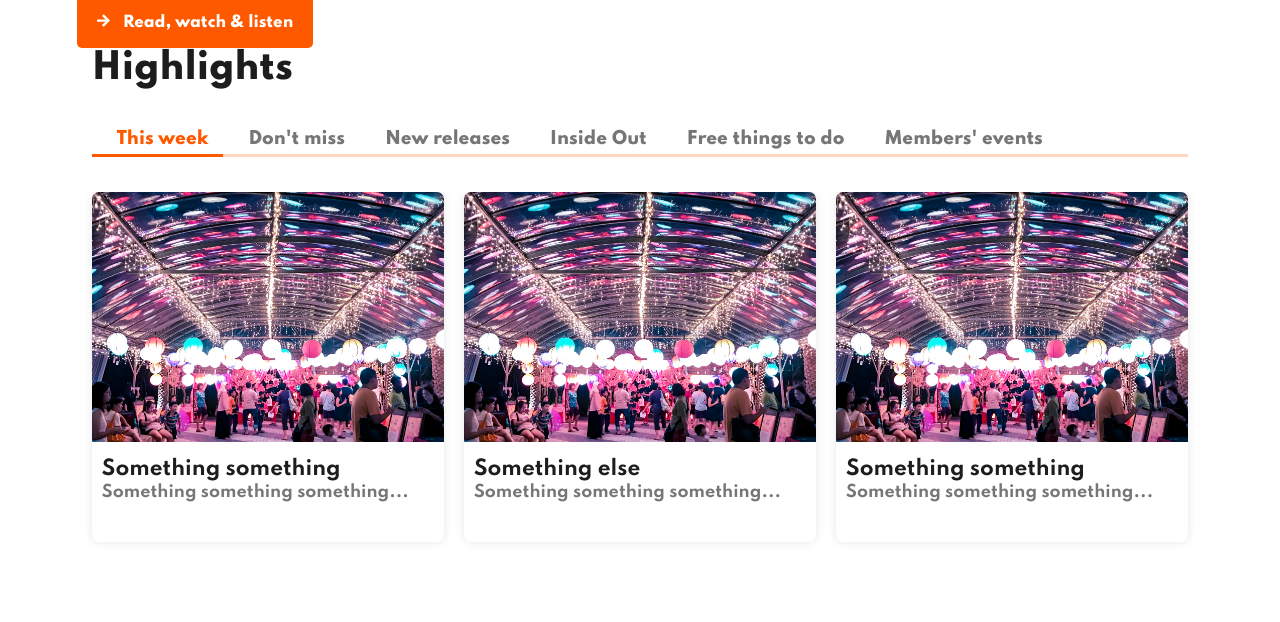
Repository: vvogt/fameworks_vv
Page: /
An editor plug-in stored every save of this project. The page is shown before and after the next save, followed by the edit.
The browser window is 1280 px wide. The pictures show the part of the page from y = 607 to 1229 px (the page is 3216 px tall).
Pictures or frames that could not be fetched are drawn as grey boxes. Backgrounds fixed to the window are drawn as part of the page. The project was rebuilt for these pictures with package versions that can differ from the ones it lists, and the page was loaded fresh each time. Also part of the build but not shown: src/components/NotFound.js. Imported but missing from the stored project, and not drawn on this page: src/assets/videos/seald_fullhd.mp4.

Above is the page before, as saved 2020-05-07 15:46:28.

### public/index.html
<!DOCTYPE html>
<html lang="en">
  <head>
    <meta charset="utf-8" />
    <link rel="icon" href="%PUBLIC_URL%/favicon.ico" />
    <link href="https://fonts.googleapis.com/css2?family=Spartan:wght@200;300;400;500;531;600;700;800;900&display=swap"
      rel="stylesheet">
    <meta name="viewport" content="width=device-width, initial-scale=1" />
    <meta name="theme-color" content="#000000" />
    <meta
      name="description"
      content="Web site created using create-react-app"
    />
    <!--
      manifest.json provides metadata used when your web app is installed on a
      user's mobile device or desktop. See https://developers.google.com/web/fundamentals/web-app-manifest/
    -->
    <link rel="manifest" href="%PUBLIC_URL%/manifest.json" />
    <!--
      Notice the use of %PUBLIC_URL% in the tags above.
      It will be replaced with the URL of the `public` folder during the build.
      Only files inside the `public` folder can be referenced from the HTML.

      Unlike "/favicon.ico" or "favicon.ico", "%PUBLIC_URL%/favicon.ico" will
      work correctly both with client-side routing and a non-root public URL.
      Learn how to configure a non-root public URL by running `npm run build`.
    -->
  </head>
  <body>
    <noscript>You need to enable JavaScript to run this app.</noscript>
    <div id="root"></div>
    <!--
      This HTML file is a template.
      If you open it directly in the browser, you will see an empty page.

      You can add webfonts, meta tags, or analytics to this file.
      The build step will place the bundled scripts into the <body> tag.

      To begin the development, run `npm start` or `yarn start`.
      To create a production bundle, use `npm run build` or `yarn build`.
    -->
  </body>
</html>

### src/scss/global.scss
// # SETTINGS
@import 'settings.variables';

// # TOOLS
@import 'tools.mixins';
@import 'tools.units';

// # BASE
@import 'base.normalize';
@import 'base.reset';
@import 'base.body';

//COMPONENTS

@import 'components.header';
@import 'components.hero';
@import 'components.section';
@import 'components.parallaxSection';
@import 'components.directionsSection';
@import 'components.signupSection';
@import 'components.categories';
@import 'components.footerSection';

### src/scss/_settings.variables.scss
/* ------------------------------------------
   settings.VARIABLES
------------------------------------------ */

// Fonts
$font: 'Spartan', sans-serif;

$font_btn: rem-calc(15);

// Colors
$black: #1d1d1d;
$gray-dark: #777676;
$gray-light: #f4f4f4;
$white: #ffffff;
$orange: #ff5900;
$orange-drkr: #e65000;

// Layout
$gutter: 20px;

// Animations
$transition-in: 0.1s;
$transition-out: 0.3s;

// Box Shadow
$shadow_light: 1px 2px 2px rgba($black, 0.1);
$shadow_dark: 1px 2px 2px rgba($black, 0.2);

// Padding
$padding_lr_1: 240px;
$padding_lr_2: 140px;
$padding_lr_3: 80px;
$padding_lr_4: 20px;

$padding-top: 50px;
$padding-bottom: 60px;

### src/scss/_tools.mixins.scss
/* ------------------------------------------
   tools.MIXINS
------------------------------------------ */

@mixin clearfix() {
  &:before, &:after {
    content: " ";
    display: table;
  }
  &:after {
    clear: both;
  }
}

@mixin un-clearfix() {
  &:before, &:after {
    content: none;
    display: auto;
  }
  &:after {
    clear: none;
  }
}

// Image Replacement

@mixin ir() {
  border: 0;
  font: 0/0 a;
  text-shadow: none;
  color: transparent;
  // background: url(test.png);
  // width: 300px;
  // height: 75px;
}

// Hide only visually, but have it available for screen readers:
// http://snook.ca/archives/html_and_css/hiding-content-for-accessibility

@mixin visuallyhidden() {
    border: 0;
    clip: rect(0 0 0 0);
    height: 1px;
    margin: -1px;
    overflow: hidden;
    padding: 0;
    position: absolute;
    width: 1px;
}


//  ## Media query and orietation mixins
//  ==================================================
//  http://alwaystwisted.com/post.php?s=2013-04-01-my-media-query-mixin


@mixin mq($point, $query1: min, $query2: width) {
  @media screen and (#{$query1}-#{$query2}: strip-unit($point) / 16 +em) {
    @content;
  }
}

@mixin orient($orientation: landscape) {
  @media (orientation : $orientation) {
    @content;
  }
}

@mixin setLRPadding($padding-lr1: 5%, $padding-lr2: 2.6%, $padding-lr3: 6%) {
  padding-left: $padding-lr1;
  padding-right: $padding-lr1;

   @include mq(600) {
      padding-left: $padding-lr2;
      padding-right: $padding-lr2;
   }

   @include mq(1150) {
      padding-left: $padding-lr3;
      padding-right: $padding-lr3;
   }
}

@mixin setLRPadding-preview($padding-lr1: 5%, $padding-lr2: 2.6%, $padding-lr3: 6%) {
  padding-left: calc(#{$padding-lr1} + 5px);
  padding-right: calc(#{$padding-lr1} + 5px);

   @include mq(600) {
      padding-left: calc(#{$padding-lr2} + 5px);
      padding-right: calc(#{$padding-lr2} + 5px);
   }

   @include mq(1150) {
      padding-left: calc(#{$padding-lr3} + 5px);
      padding-right: calc(#{$padding-lr3} + 5px);
   }
}

@mixin buttonWithArrow($bgColor, $color) {
  button {
    background-color: $bgColor;
    color: $color;
    border-style: none;
    border-radius: 5px;
    padding: 16px 20px 14px;
    font-size: 15px;
    font-weight: 800;
    flex: none;
    flex-grow: 0;

    &:before {
      display: inline-block;
      content: " ";
      background-image: url('data:[embedded picture, 222 characters]');
      background-size: 1.7ex 1.7ex;
      width: 1.7ex;
      height: 1.7ex;
      margin-right: 13px;
      background-repeat: no-repeat;
      background-position: center center;
    }
  }
}

### src/scss/_tools.units.scss
// Foundation for Sites by ZURB
// foundation.zurb.com
// Licensed under MIT Open Source

////
/// @group functions
////

$global-font-size: 100% !default;

// scss-lint:disable ZeroUnit

/// Removes the unit (e.g. px, em, rem) from a value, returning the number only.
///
/// @param {Number} $num - Number to strip unit from.
///
/// @returns {Number} The same number, sans unit.
@function strip-unit($num) {
  @return $num / ($num * 0 + 1);
}

/// Converts one or more pixel values into matching rem values.
///
/// @param {Number|List} $values - One or more values to convert. Be sure to separate them with spaces and not commas. If you need to convert a comma-separated list, wrap the list in parentheses.
/// @param {Number} $base [null] - The base value to use when calculating the `rem`. If you're using Foundation out of the box, this is 16px. If this parameter is `null`, the function will reference the `$base-font-size` variable as the base.
///
/// @returns {List} A list of converted values.
@function rem-calc($values, $base: null) {
  $rem-values: ();
  $count: length($values);

  // If no base is defined, defer to the global font size
  @if $base == null {
    $base: $global-font-size;
  }

  // If the base font size is a %, then multiply it by 16px
  // This is because 100% font size = 16px in most all browsers
  @if unit($base) == '%' {
    $base: ($base / 100%) * 16px;
  }

  @if $count == 1 {
    @return -zf-to-rem($values, $base);
  }

  @for $i from 1 through $count {
    $rem-values: append($rem-values, -zf-to-rem(nth($values, $i), $base));
  }

  @return $rem-values;
}

// Converts a unitless, pixel, or rem value to em, for use in breakpoints.
@function -zf-bp-to-em($value) {
  // Pixel and unitless values are converted to rems
  @if unit($value) == 'px' or unitless($value) {
    $value: rem-calc($value, $base: 16px);
  }

  // Then the value is converted to ems
  @return strip-unit($value) * 1em;
}

/// Converts a pixel value to matching rem value. *Any* value passed, regardless of unit, is assumed to be a pixel value. By default, the base pixel value used to calculate the rem value is taken from the `$global-font-size` variable.
/// @access private
///
/// @param {Number} $value - Pixel value to convert.
/// @param {Number} $base [null] - Base for pixel conversion.
///
/// @returns {Number} A number in rems, calculated based on the given value and the base pixel value. rem values are passed through as is.
@function -zf-to-rem($value, $base: null) {
  // Check if the value is a number
  @if type-of($value) != 'number' {
    @warn inspect($value) + ' was passed to rem-calc(), which is not a number.';
    @return $value;
  }

  // Calculate rem if units for $value is not rem
  @if unit($value) != 'rem' {
    $value: strip-unit($value) / strip-unit($base) * 1rem;
  }

  // Turn 0rem into 0
  @if $value == 0rem {
    $value: 0;
  }

  @return $value;
}

### src/scss/_base.reset.scss
/* ------------------------------------------
  generic.RESET
------------------------------------------ */

* {
  box-sizing: border-box;
}

img,
iframe {
  max-width: 100%;
  height: auto;
}

h1,h2,h3,h4,h5,h6,
p,blockquote,pre,
dl,dd,ol,ul,
form,fieldset,legend,
table,th,td,caption,
hr,figure {
  margin:0;
  padding:0;
}

li {
  list-style: none;
}

::selection {

}

### src/scss/_base.body.scss
body {
  font-family: $font;
  font-size: rem-calc(17);
  line-height: rem-calc(22);
  font-weight: 400;
  color: $black;
  background-color: $white;
  margin: 0px;
  padding: 0px;
}

p {
  font-family: $font;
  font-size: rem-calc(10);
  line-height: rem-calc(25);
  color: $black;
  font-weight: 400;

  @include mq(350) {
    font-size: rem-calc(13);
    line-height: rem-calc(18);
  }

  @include mq(1000) {
    font-size: rem-calc(16);
    line-height: rem-calc(21);
  }
}

a {
  color: $black;
  text-decoration: none;

  &:hover {
    text-decoration: none;
    color: $white;
  }
}

h1,
h2,
h3,
h4,
h5 {
  font-weight: 700;
}

h1 {
  font-weight: 1000;
  font-size: rem-calc(35);
  line-height: rem-calc(43);

  @include mq(750) {
    font-size: rem-calc(45);
    line-height: rem-calc(55);
  }

  @include mq(950) {
    font-size: rem-calc(60);
    line-height: rem-calc(70);
  }

  @include mq(1100) {
    font-size: rem-calc(80);
    line-height: rem-calc(92);
  }

}

h2 {
  font-size: rem-calc(35);
  line-height: rem-calc(38);
  font-weight: 800;
}

h3 {
  font-size: rem-calc(20);
  line-height: rem-calc(25);
}

h4 {
  font-size: rem-calc(18);
  line-height: rem-calc(21);
}

h5 {
  font-size: rem-calc(14);
  line-height: rem-calc(18);
}

.wrapper {
  width: 100%;
  margin: 0 auto;
  background-color: $white;
  overflow: hidden;
}

.bgDarker {
  background-color: #fffbf9;
}

### src/scss/_components.header.scss
.header {
   background-color: $orange;
   width: 100%;
   display: flex;
   flex-direction: column;
   color: white;

   &__main {
      height: 55px;
      width: 100%;
      display: flex;
      flex-direction: row;
      justify-content: space-between;
      align-items: center;
      padding-left: $padding-lr_4;
      padding-right: $padding-lr_4;

      @include mq(400) {
         height: 68.3px;
      }

      @include mq(500) {
         height: 81.6px;
      }

      @include setLRPadding;

      .logo {
         font-weight: 800;
         font-size: rem-calc(20);
         letter-spacing: rem-calc(-1.5);

         @include mq(400) {

         }

         @include mq(500) {

         }

         @include mq(600) {
            font-size: rem-calc(40);
         }
      }

      &__right {
         display: flex;
         flex-direction: row;
         flex-wrap: nowrap;
         align-items: center;
         justify-content: right;
         display: flex;

         @include mq(770) {
            width: 340px;
         }

         @include mq(1000) {
            width: 440px;
         }

         input {
            width: 220px;
            height: 42.5px;
            border-radius: 4px;
            box-shadow: inset 0 0 20px rgba(0,0,0,0.1);
            background-color: $orange-drkr;
            border: 1px solid;
            border-color: rgba(0,0,0,0.1);
            color: $white;
            padding: 0px 15px;
            line-height: 1;
            padding: .75em 1em;
            font-weight: 300;
            transition: background-color 0.2s ease-in;

            @include mq(1000) {
               width: 320px;
            }

            &:focus {
               outline: none;
               background-color: darken($orange-drkr, 5%);
               transition: background-color 0.1s ease-in;

            }
         }

         .search-icon {
            width: 20px;
            height: 20px;
         }

         .login {
            display: flex;
            flex-direction: row;
            flex-wrap: nowrap;
            align-items: center;
            font-weight: 800;
            margin-left: 20px;
            white-space: nowrap;

            img {
               position: relative;
               width: 30px;
               height: 30px;

               @include mq(770) {
                  top: -3px;
                  width: 20px;
                  height: 20px;
                  margin-left: 0px;
                  margin-right: 5px;
               }
            }

            span {
               display: none;

               @include mq(770) {
                  display: inline;
               }
            }
         }

         .search-icon {
            display: inline;
            width: 30px;
            height: 30px;

            @include mq(770) {
               display: none;
            }
         }

         input {
            display: none;

            @include mq(770) {
               display: inline;
            }
         }
      }
   }

   &__nav {
      height: 55px;
      border-top: 1px $white solid;
      border-color: rgba(255, 255, 255, 0.5);
      padding-left: $padding-lr_4;
      overflow: scroll;
      -ms-overflow-style: none;  // IE 10+
      overflow: -moz-scrollbars-none;  // Firefox

      &::-webkit-scrollbar {
         display: none;
      }

      @include mq(600) {
         padding-left: $padding-lr_3;
      }

      @include mq(1000) {
         padding-left: $padding-lr_2;
      }

      @include mq(1400) {
         padding-left: $padding-lr_1;
      }

      ul {
         font-weight: 800;
         display: flex;
         flex-direction: row;
         width: 1000px;
         height: 100%;
         justify-content: space-between;
         align-items: center;
      }
   }
}

### src/scss/_components.hero.scss
.hero {
   background-color: rgb(104, 104, 104);
   height: 300px;
   position: relative;

   @include setLRPadding();

   @include mq(750) {
      height: calc(100vh - 250px);
   }

   &__content {
      position: absolute;
      z-index: 2;
      margin-top: 200px;
      margin-bottom: 200px;

      h1, p {
         color: $white;
      }

      p {
         width: 70%;

         @include mq(1000) {
            width: 60%;
         }
      }
   }

   &__bgVideo {
      position: absolute;
      object-fit: cover;
      left: 0;
      right: 0;
      width: 100%;
      height: 100%;
      background-position: center;
   }

   @include buttonWithArrow($orange, $white);

   button {
      margin-top: 40px;
   }
}

### src/scss/_components.section.scss
.section_previews {
   padding-top: $padding-top;
   padding-bottom: $padding-bottom;
   position: relative;
   @include setLRPadding-preview;

   h2 {
      margin-bottom: 35px;
      padding-left: 10px;
   }

   .categoryTabs {
      padding-left: 10px;
      padding-right: 10px;
   }

   .arrow {
      width: 60px;
      height: 80px;
      border-radius: 10px;
      background-color: $white;
      box-shadow: 0 0 2px 0 rgba(0,0,0,0.1);
      position: absolute;
      top: 50%;
      transform: translate(0%, -50%);
      display: none;

      border: 1px solid $gray-light;

      @include mq(1025) {
         display: flex;
         justify-content: center;
         align-items: center;
      }

      img {
         height: 35px;
      }

      &:focus {
         outline: 0;
      }
   }

   .arrow.left {
      left: -10px;

      @include mq(1150) {
         left: 5vw;
      }

      @include mq(1400) {
         left: 10vw;
      }

      @include mq(1700) {
         left: 8vw;
      }

      img {
         transform: rotate(180deg);
      }
   }

   .arrow.right {
      right: -10px;

      @include mq(1150) {
         right: 5vw;
      }

      @include mq(1400) {
         right: 10vw;
      }

      @include mq(1700) {
         right: 8vw;
      }
   }

   .articlePreviews {
      overflow: scroll;
      padding-left: 10px;
      padding-right: 10px;
      padding-bottom: 10px;

      @include mq(1024) {
         overflow: hidden;
      }

      ul {
         width: 100%;
         display: flex;
         flex-direction: row;
         flex-wrap: none;
         justify-content: space-between;

         li {
            width: calc((100% - 40px) / 3);
            margin-left: 10px;
            margin-right: 10px;
            flex-shrink: 0;

            &:first-of-type {
               margin-left: 0px;
            }

            &:last-of-type {
               margin-right: 0px;
            }

            &:last-of-type:after {
               content:'';
               display: block;
               position: relative;
               float: right;
               left: 10px;
               top: -10px;
               height: 10px;
               width: 10px;
               z-index: -1;
            }
         }

         p, h3 {
            font-weight: 700;
         }

         p {
            color: $gray-dark;
         }
      }
   }

   .articlePreview {
      height: 350px;
      border-radius: 7px;
      overflow: hidden;
      box-shadow: 0 0 10px 0 rgba(0,0,0,0.1);
      background-color: #fff;

      &__image {
         background-color: rgb(109, 109, 109);
      }

      &__description {
         padding: 15px 10px;
      }
   }
}

### src/scss/_components.parallaxSection.scss
.section_parallax {
   background-color: rgb(255, 162, 162);
   padding-top: $padding-top;
   padding-bottom: $padding-bottom;
   @include setLRPadding;
   display: flex;
   flex-wrap: nowrap;
   justify-content: space-between;

   &__left {
      max-width: 450px;
      display: flex;
      flex-direction: column;
      justify-content: center;

      h2, p{
         color: $white
      }

      p {
         margin-top: 15px;
      }
   }

   &__right {
      display: flex;
      flex-direction: column;
      justify-content: center;

      @include buttonWithArrow($white, $black);
   }
}

### src/scss/_components.directionsSection.scss
.section_directions {
   padding-top: $padding-top;
   padding-bottom: $padding-bottom;
   position: relative;
   @include setLRPadding;
   background-color: #fff;
   box-shadow: 0px 0px 7px 5px rgba($color: #000000, $alpha: 0.05);

   h2 {
      margin-bottom: 35px;
   }

   .directions{
      display: flex;
      height: 400px;

      p.takeAbus {
         width: 100%;
         height: 100%;
         text-align: center;
         position: relative;
         top: 50%;
      }

      &__map {
         width: 50%;
         height: 400px;
         background-color: rgb(165, 165, 165);
      }

      &__text {
         padding-left: 50px;

         p {
            margin-bottom: 20px;
         }

         a {
            margin-top: 20px;
         }
      }
   }

}

### src/scss/_components.signupSection.scss
.section_signup {
   display: flex;
   background-color: $orange;
   color: $white;
   justify-content: center;
   align-items: center;
   @include setLRPadding;

   img {
      width: 300px;
      position: relative;
      bottom: 0;
      margin-top: 30px;
      margin-right: 3vw;
   }

   &__text {
      margin: 1em 0;

      h2 {
         font-size: rem-calc(28px);
         margin-bottom: .75em;
      }

      li {
         line-height: 25px;

         &::before {
            content: " ";
            display: inline-block;
            background-image: url('data:[embedded picture, 207 characters]');
            width: 15px;
            height: 18px;
            background-position: center 3px; /* Center the image */
            background-repeat: no-repeat; /* Do not repeat the image */
            background-size: 15px 15px;
            margin-right: 10px;
         }
      }

   }

   @include buttonWithArrow($white, $orange);

   button {
      margin-left: 5vw;
   }

}

### src/scss/_components.categories.scss
.categoryTabs {
      width: 100%;
      margin-bottom: 35px;

      h3 {
         font-size: 17px;
         color: $gray-dark;
         font-weight: 800;
         padding-left: 10px;
      }

      ul {
         display: flex;
         flex-direction: row;
         -ms-flex-align: left;

         li {
            padding: 3px 15px;
            border-bottom: 3px solid rgba($orange, .25);
            cursor: default;
         }

         li.active {
            border-bottom: 3px solid $orange;

            h3 {
               color: $orange;
            }
         }

         li:hover:not(:last-of-type):not(.active) {
            border-bottom: 3px solid $orange;

            h3 {
               color: $black;
            }
         }

         li:last-of-type {
            flex-grow: 1;
         }
      }
   }

### src/scss/_components.footerSection.scss
.contacts {
   background-color: $black;
   color: $white;
   padding-top: $padding-top;
   padding-bottom: $padding-bottom;

   @include setLRPadding;

   h2 {
      margin-bottom: 35px;
      padding-left: 10px;
   }

   a,p {
      color: $white;
   }

   &__content {
      margin-top: 50px;
      display: flex;

      &__left {
         font-size: rem-calc(17);
         label {
            font-weight: 800;
            margin-right: 10px;
         }

         select {
            color: $white;
            background-color: $black;
            border: 1px solid $gray-dark;
            padding: 5px 5px;
            font-weight: 800;
         }
      }

      &__right {
         width: 66%;
         padding-left: 20px;

         h3 {
            font-size: rem-calc(28px);
            margin-bottom: .75em;
         }
      }

   }
}

Loaded but not shown: src/serviceWorker.js (common file); src/components/Main.js (354 lines, source omitted); src/components/Section.js (107 lines, source omitted); src/components/FooterSection.js (51 lines, source omitted); src/components/Header.js (46 lines, source omitted); src/components/DirectionsSection.js (55 lines, source omitted); src/components/Categories.js (34 lines, source omitted); src/components/Hero.js (35 lines, source omitted); src/components/SignupSection.js (23 lines, source omitted); src/components/ParallaxSection.js (21 lines, source omitted); src/index.js (12 lines, source omitted); src/components/Router.js (15 lines, source omitted); src/helpers.js (13 lines, source omitted); src/scss/_base.normalize.scss (423 lines, source omitted)

After the next save:
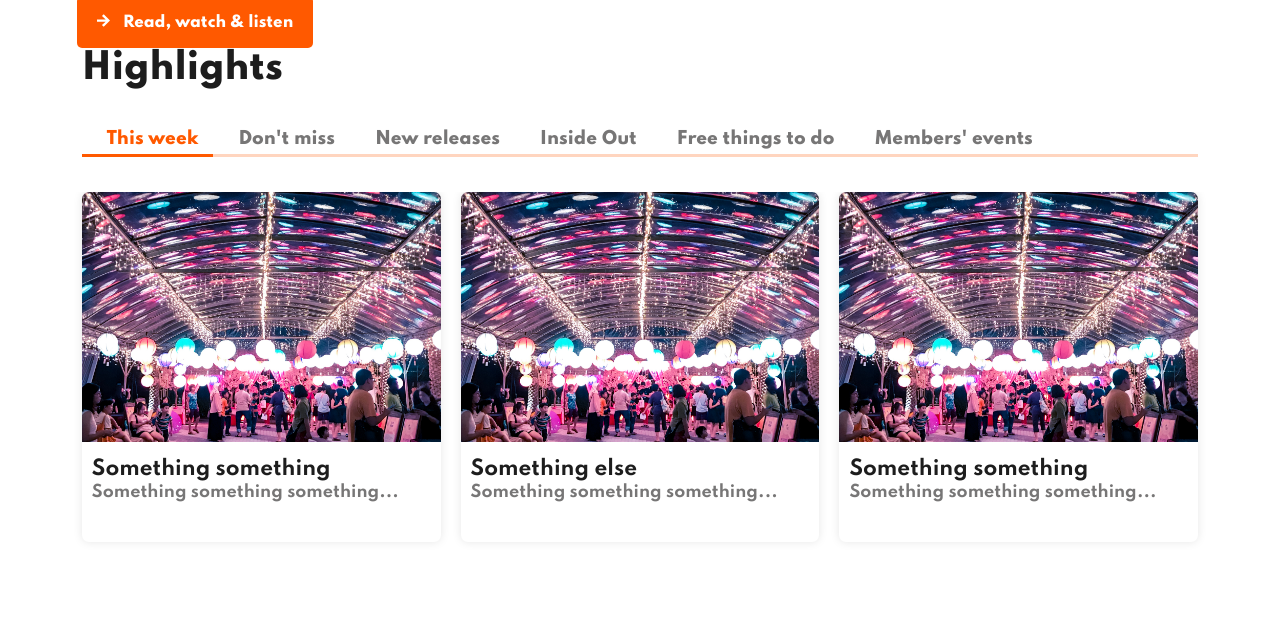
Saved 60 s later.
--- a/src/scss/_tools.mixins.scss
+++ b/src/scss/_tools.mixins.scss
@@ -82,17 +82,17 @@
 }
 
 @mixin setLRPadding-preview($padding-lr1: 5%, $padding-lr2: 2.6%, $padding-lr3: 6%) {
-  padding-left: calc(#{$padding-lr1} + 5px);
-  padding-right: calc(#{$padding-lr1} + 5px);
+  padding-left: calc(#{$padding-lr1} - 5px);
+  padding-right: calc(#{$padding-lr1} - 5px);
 
    @include mq(600) {
-      padding-left: calc(#{$padding-lr2} + 5px);
-      padding-right: calc(#{$padding-lr2} + 5px);
+      padding-left: calc(#{$padding-lr2} - 5px);
+      padding-right: calc(#{$padding-lr2} - 5px);
    }
 
    @include mq(1150) {
-      padding-left: calc(#{$padding-lr3} + 5px);
-      padding-right: calc(#{$padding-lr3} + 5px);
+      padding-left: calc(#{$padding-lr3} - 5px);
+      padding-right: calc(#{$padding-lr3} - 5px);
    }
 }
 
